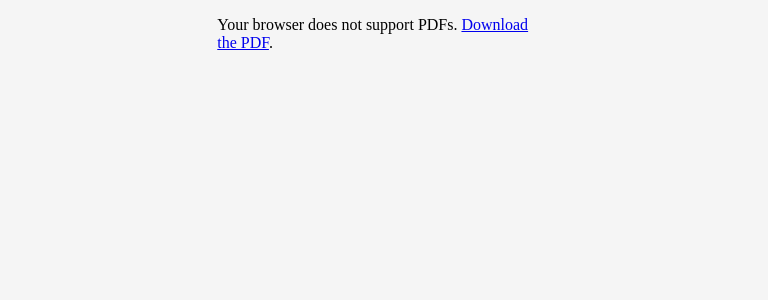
Repository: aaurdanet/Portfolio
Page: cv/resume_index.html
An editor plug-in stored every save of this project. The page is shown before and after the next save, followed by the edit.
The browser window is 768 px wide. The pictures show the whole page.

Above is the page before, as saved 2024-10-28 00:21:29.

### cv/resume_index.html
<!DOCTYPE html>
<html lang="en">
<head>
    <meta charset="UTF-8">
    <meta name="viewport" content="width=device-width, initial-scale=1.0, maximum-scale=5.0, minimum-scale=0.5">
    <meta name="description" content="Antonio Urdaneta's Resume">
    <title>Antonio Urdaneta Resume</title>
    <style>
        /* Full height and width setup, with no margin */
        html, body {
            height: 100%;
            margin: 0;
            display: flex;
            justify-content: center;
            align-items: center;
            background-color: #f5f5f5;
            overflow: hidden;
        }

        /* PDF container setup */
        .pdf-container {
            width: 100%; /* Full width */
            height: 100%; /* Full height */
            display: flex;
            justify-content: center;
            align-items: center;
            overflow: hidden;
        }

        /* Object element fills container */
        .pdf-container object {
            width: 100%;
            height: 100%;
            max-width: 1200px; /* Max width for larger screens */
            max-height: 90vh; /* Prevents excessive height on tall screens */
            border: none;
        }

        /* Media query adjustments */
        @media (max-width: 768px) {
            .pdf-container {
                padding: 5%; /* Adds some padding on mobile */
            }
            .pdf-container object {
                max-width: 100%; /* Ensures full width on mobile */
                max-height: 100vh; /* Ensures full height on mobile */
            }
        }
    </style>
</head>
<body>
    <div class="pdf-container">
        <object data="resume.pdf" type="application/pdf" width="100%" height="100%">
            <!-- Fallback for unsupported browsers -->
            <p>Your browser does not support PDFs. <a href="resume.pdf">Download the PDF</a>.</p>
        </object>
    </div>
</body>
</html>

After the next save:
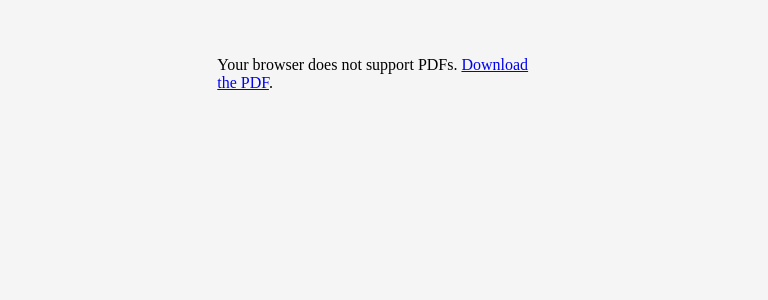
Saved 6 min 13 s later.
--- a/cv/resume_index.html
+++ b/cv/resume_index.html
@@ -24,7 +24,7 @@
             display: flex;
             justify-content: center;
             align-items: center;
-            overflow: hidden;
+            overflow: auto;
         }
 
         /* Object element fills container */
@@ -43,7 +43,7 @@
             }
             .pdf-container object {
                 max-width: 100%; /* Ensures full width on mobile */
-                max-height: 100vh; /* Ensures full height on mobile */
+                max-height: 90vh; /* Ensures full height on mobile */
             }
         }
     </style>
